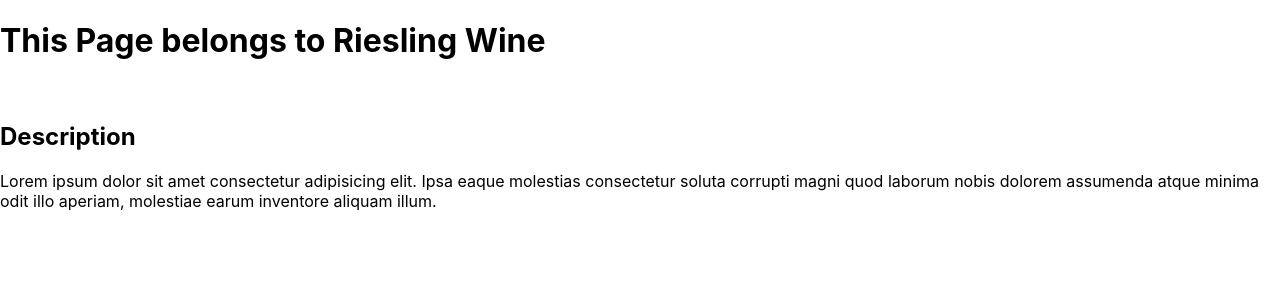
Repository: portretrieve/react-practice
Page: /
An editor plug-in stored every save of this project. The page is shown before and after the next save, followed by the edit.
The browser window is 1280 px wide. The pictures show the whole page.
The project was rebuilt for these pictures with package versions that can differ from the ones it lists, and the page was loaded fresh each time.

Above is the page before, as saved 2021-08-26 18:55:12.

After the next save:
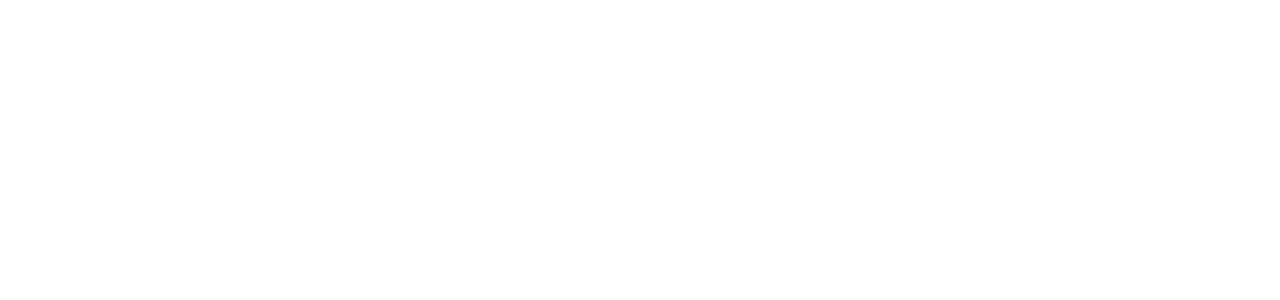
Saved 59 s later.
--- a/src/App.js
+++ b/src/App.js
@@ -2,7 +2,11 @@
 import { BrowserRouter, Route, Switch } from "react-router-dom";
 
 function App() {
-  return <Riesling />;
+  return (
+    <BrowserRouter>
+      <Route path="/"></Route>
+    </BrowserRouter>
+  );
 }
 
 export default App;

After the 2 saves that followed:
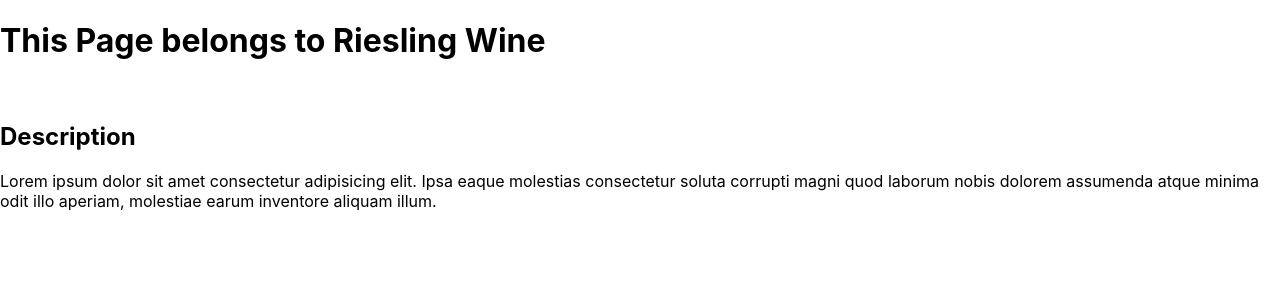
The 2 saves are shown as one change because they came seconds apart.
The last was saved 17 s later.
--- a/src/App.js
+++ b/src/App.js
@@ -4,7 +4,9 @@
 function App() {
   return (
     <BrowserRouter>
-      <Route path="/"></Route>
+      <Route path="/">
+        <Riesling />
+      </Route>
     </BrowserRouter>
   );
 }
